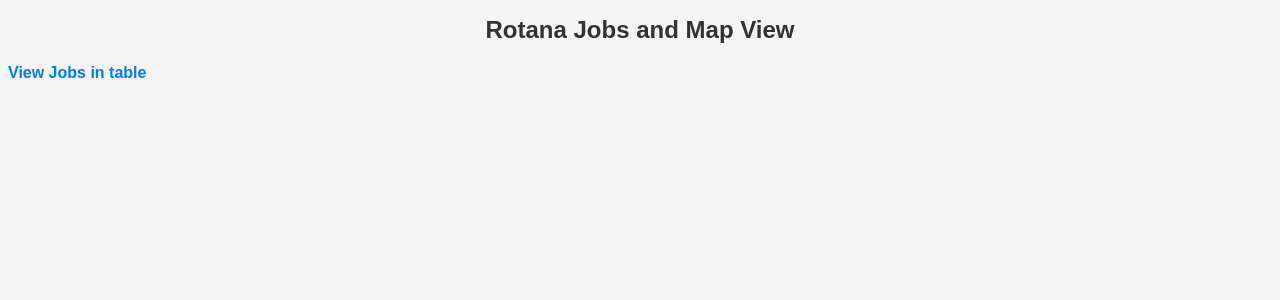
Repository: Reham28/RotanaJobs
Page: public/map.html
These files come from the project's save history. The page is drawn as it stood at one moment and after the next save; the edit follows.
The browser window is 1280 px wide. The pictures show the whole page.

Above is the page before, as saved 2023-09-16 19:20:30.

After the next save:
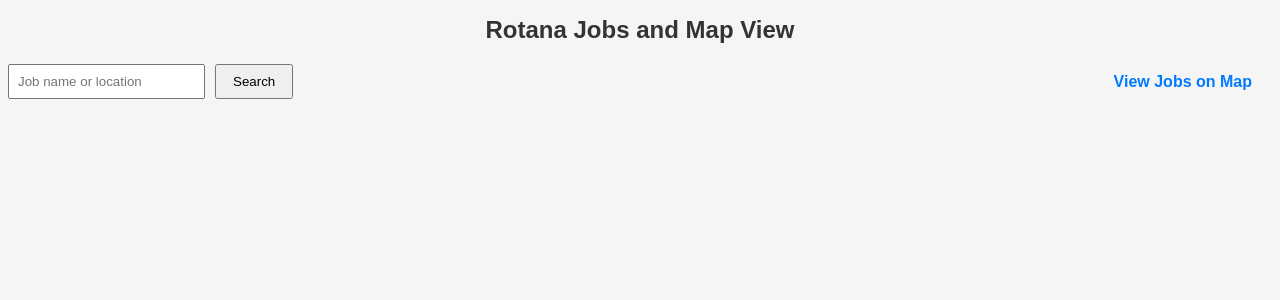
Saved 37 s later.
--- a/public/map.html
+++ b/public/map.html
@@ -9,10 +9,15 @@
 <body>
     <h1>Rotana Jobs and Map View</h1>
     <div class="top-bar">
-    <div class="nav-link">
-        <a href="index.html">View Jobs in table</a>
+        <div class="search">
+          <input type="text" id="searchInput" placeholder="Job name or location ">
+          <button onclick="searchJobs()">Search</button>
+        </div>
+
+        <div class="nav-link">
+          <a href="index.html">View Jobs on Map</a>
+        </div>
       </div>
-    </div>
 
   <div id="map"></div>
 
